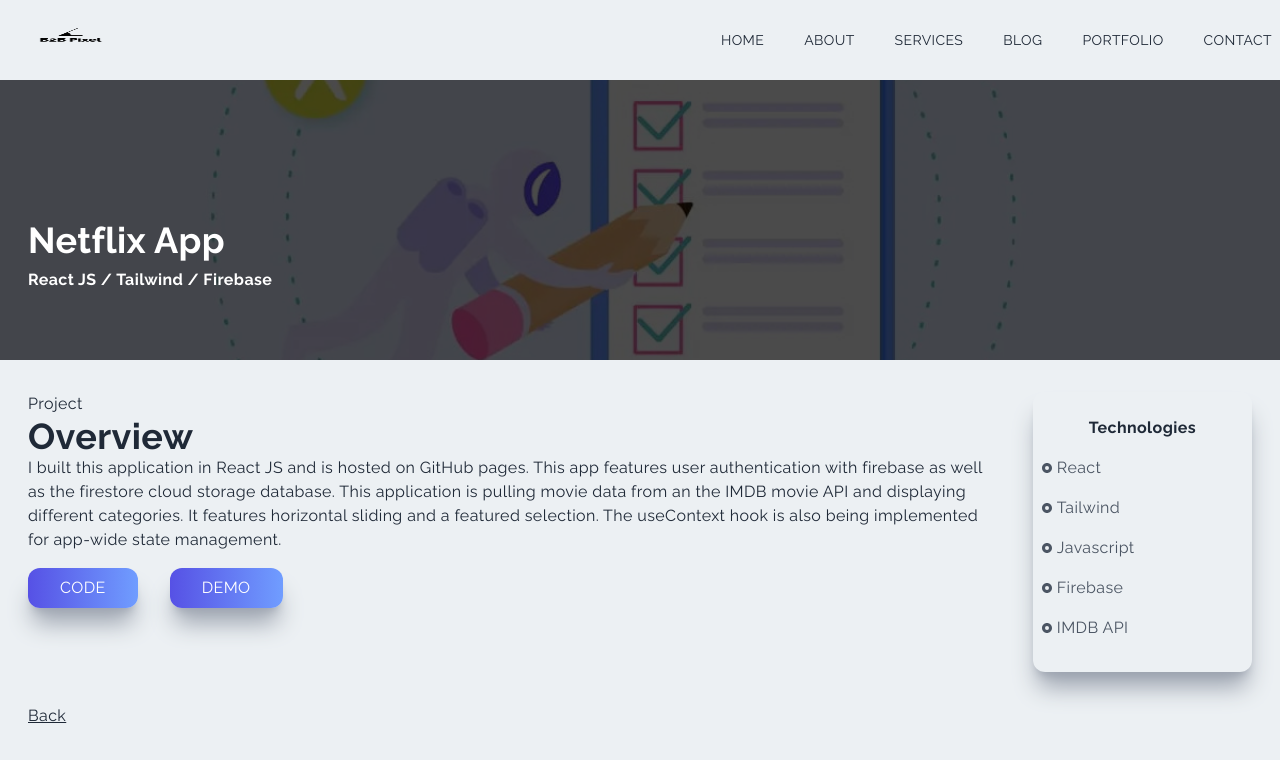
Repository: DID0101/nextjs.b2b
Page: /netflix
The author's editor kept a copy of each file at every save. The page is drawn from the files as they stood at one save, then again after the next save.
The browser window is 1280 px wide. The pictures show the whole page.
The project was rebuilt for these pictures with package versions that can differ from the ones it lists, and the page was loaded fresh each time. The framework's server and built-in components were replaced by stand-ins that run in the browser. Also part of the build but not shown: next.config.js.

Above is the page before, as saved 2024-01-22 03:09:37.

### pages/netflix.jsx
import Image from 'next/image';
import React from 'react';
import netflixImg from '../public/assets/projects/netflix.jpg';
import { RiRadioButtonFill } from 'react-icons/ri';
import Link from 'next/link';

const netflix = () => {
  return (
    <div className='w-full'>
      <div className='w-screen h-[50vh] relative'>
        <div className='absolute top-0 left-0 w-full h-[50vh] bg-black/70 z-10' />
        <Image
          className='absolute z-1'
          layout='fill'
          objectFit='cover'
          src={netflixImg}
          alt='/'
        />
        <div className='absolute top-[70%] max-w-[1240px] w-full left-[50%] right-[50%] translate-x-[-50%] translate-y-[-50%] text-white z-10 p-2'>
          <h2 className='py-2'>Netflix App</h2>
          <h3>React JS / Tailwind / Firebase</h3>
        </div>
      </div>

      <div className='max-w-[1240px] mx-auto p-2 grid md:grid-cols-5 gap-8 py-8'>
        <div className='col-span-4'>
          <p>Project</p>
          <h2>Overview</h2>
          <p>
            I built this application in React JS and is hosted on GitHub pages.
            This app features user authentication with firebase as well as the
            firestore cloud storage database. This application is pulling movie
            data from an the IMDB movie API and displaying different categories.
            It features horizontal sliding and a featured selection. The
            useContext hook is also being implemented for app-wide state
            management.
          </p>
          <a
            href='https://github.com/fireclint/netflix-react-tailwind'
            target='_blank'
            rel='noreferrer'
          >
            <button className='px-8 py-2 mt-4 mr-8'>Code</button>
          </a>
          <a
            href='https://fireclint.github.io/netflix-react-tailwind/'
            target='_blank'
            rel='noreferrer'
          >
            <button className='px-8 py-2 mt-4'>Demo</button>
          </a>
        </div>
        <div className='col-span-4 md:col-span-1 shadow-xl shadow-gray-400 rounded-xl py-4'>
          <div className='p-2'>
            <p className='text-center font-bold pb-2'>Technologies</p>
            <div className='grid grid-cols-3 md:grid-cols-1'>
              <p className='text-gray-600 py-2 flex items-center'>
                <RiRadioButtonFill className='pr-1' /> React
              </p>
              <p className='text-gray-600 py-2 flex items-center'>
                <RiRadioButtonFill className='pr-1' /> Tailwind
              </p>
              <p className='text-gray-600 py-2 flex items-center'>
                <RiRadioButtonFill className='pr-1' /> Javascript
              </p>
              <p className='text-gray-600 py-2 flex items-center'>
                <RiRadioButtonFill className='pr-1' /> Firebase
              </p>
              <p className='text-gray-600 py-2 flex items-center'>
                <RiRadioButtonFill className='pr-1' /> IMDB API
              </p>
            </div>
          </div>
        </div>
        <Link href='/#projects'>
          <p className='underline cursor-pointer'>Back</p>
        </Link>
      </div>
    </div>
  );
};

export default netflix;

### components/Navbar.jsx
import Image from 'next/image';
import Link from 'next/link';
import React, { useState, useEffect } from 'react';
import { AiOutlineClose, AiOutlineMail, AiOutlineMenu } from 'react-icons/ai';
import { FaGithub, FaLinkedinIn } from 'react-icons/fa';
import { BsFillPersonLinesFill } from 'react-icons/bs';
// import { useRouter } from 'next/router';
import NavLogo from '../public/assets/navLogo.png'

const Navbar = () => {
  const [nav, setNav] = useState(false);
  const [shadow, setShadow] = useState(false);
  const [navBg, setNavBg] = useState('#ecf0f3');
  const [linkColor, setLinkColor] = useState('#1f2937');
  // const [position, setPosition] = useState('fixed')
  // const router = useRouter();

  // useEffect(() => {
  //   if (
  //     router.asPath === '/property' ||
  //     router.asPath === '/crypto' ||
  //     router.asPath === '/netflix' ||
  //     router.asPath === '/twitch'
  //   ) {
  //     setNavBg('transparent');
  //     setLinkColor('#ecf0f3');
  //   } else {
  //     setNavBg('#ecf0f3');
  //     setLinkColor('#1f2937');
  //   }
  // }, [router]);

  const handleNav = () => {
    setNav(!nav);
  };

  useEffect(() => {
    const handleShadow = () => {
      if (window.scrollY >= 90) {
        setShadow(true);
      } else {
        setShadow(false);
      }
    };
    window.addEventListener('scroll', handleShadow);
  }, []);

  return (
    <div
      style={{ backgroundColor: `${navBg}` }}
      className={
        shadow
          ? 'fixed w-full h-20 shadow-xl z-[100] ease-in-out duration-300'
          : 'fixed w-full h-20 z-[100]'
      }
    >
      <div className='flex justify-between items-center w-full h-full px-2 2xl:px-16'>
        <Link href='/'>
          <a>
            <Image
              src={NavLogo}
              alt='/'
              width='125'
              height='50'
              className='cursor-pointer'
            />
          </a>
        </Link>
        <div>
          <ul style={{ color: `${linkColor}` }} className='hidden md:flex'>
            <li className='ml-10 text-sm uppercase hover:border-b'>
              <Link href='/'>Home</Link>
            </li>
            <li className='ml-10 text-sm uppercase hover:border-b'>
              <Link href='/#about'>About</Link>
            </li>
            <li className='ml-10 text-sm uppercase hover:border-b'>
              <Link href='/#skills'>Services</Link>
            </li>
            <li className='ml-10 text-sm uppercase hover:border-b'>
              <Link href='/#projects'>Blog</Link>
            </li>
            <li className='ml-10 text-sm uppercase hover:border-b'>
              <Link href='/resume'>Portfolio</Link>
            </li>
            <li className='ml-10 text-sm uppercase hover:border-b'>
              <Link href='/#contact'>Contact</Link>
            </li>
          </ul>
          {/* Hamburger Icon */}
          <div
            style={{ color: `${linkColor}` }}
            onClick={handleNav}
            className='md:hidden'
          >
            <AiOutlineMenu size={25} />
          </div>
        </div>
      </div>

      {/* Mobile Menu */}
      {/* Overlay */}
      <div
        className={
          nav ? 'md:hidden fixed left-0 top-0 w-full h-screen bg-black/70' : ''
        }
      >
        {/* Side Drawer Menu */}
        <div
          className={
            nav
              ? ' fixed left-0 top-0 w-[75%] sm:w-[60%] md:w-[45%] h-screen bg-[#ecf0f3] p-10 ease-in duration-500'
              : 'fixed left-[-100%] top-0 p-10 ease-in duration-500'
          }
        >
          <div>
            <div className='flex w-full items-center justify-between'>
              <Link href='/'>
                <a>
                  <Image
                    src={NavLogo}
                    width='87'
                    height='35'
                    alt='/'
                  />
                </a>
              </Link>
              <div
                onClick={handleNav}
                className='rounded-full shadow-lg shadow-gray-400 p-3 cursor-pointer'
              >
                <AiOutlineClose />
              </div>
            </div>
            <div className='border-b border-gray-300 my-4'>
              <p className='w-[85%] md:w-[90%] py-4'>
                Let&#39;s build something legendary together
              </p>
            </div>
          </div>
          <div className='py-4 flex flex-col'>
            <ul className='uppercase'>
              <Link href='/'>
                <li onClick={() => setNav(false)} className='py-4 text-sm'>
                  Home
                </li>
              </Link>
              <Link href='/#about'>
                <li onClick={() => setNav(false)} className='py-4 text-sm'>
                  About
                </li>
              </Link>
              <Link href='/#skills'>
                <li onClick={() => setNav(false)} className='py-4 text-sm'>
                  Skills
                </li>
              </Link>
              <Link href='/#projects'>
                <li onClick={() => setNav(false)} className='py-4 text-sm'>
                  Projects
                </li>
              </Link>
              <Link href='/resume'>
                <li onClick={() => setNav(false)} className='py-4 text-sm'>
                  Resume
                </li>
              </Link>
              <Link href='/#contact'>
                <li onClick={() => setNav(false)} className='py-4 text-sm text-[#ac4d5a]'>
                  Save My Spot
                </li>
              </Link>
            </ul>
            <div className='pt-40'>
              <p className='uppercase tracking-widest text-[#5651e5]'>
                Let&#39;s Connect
              </p>
              <div className='flex items-center justify-between my-4 w-full sm:w-[80%]'>
                <a
                  href='https://www.linkedin.com/in/clint-briley-50056920a/'
                  target='_blank'
                  rel='noreferrer'
                >
                  <div className='rounded-full shadow-lg shadow-gray-400 p-3 cursor-pointer hover:scale-105 ease-in duration-300'>
                    <FaLinkedinIn />
                  </div>
                </a>
                <a
                  href='https://github.com/fireclint'
                  target='_blank'
                  rel='noreferrer'
                >
                  <div className='rounded-full shadow-lg shadow-gray-400 p-3 cursor-pointer hover:scale-105 ease-in duration-300'>
                    <FaGithub />
                  </div>
                </a>
                <Link href='/#contact'>
                  <div
                    onClick={() => setNav(!nav)}
                    className='rounded-full shadow-lg shadow-gray-400 p-3 cursor-pointer hover:scale-105 ease-in duration-300'
                  >
                    <AiOutlineMail />
                  </div>
                </Link>
                <Link href='/resume'>
                  <div
                    onClick={() => setNav(!nav)}
                    className='rounded-full shadow-lg shadow-gray-400 p-3 cursor-pointer hover:scale-105 ease-in duration-300'
                  >
                    <BsFillPersonLinesFill />
                  </div>
                </Link>
              </div>
            </div>
          </div>
        </div>
      </div>
    </div>
  );
};

export default Navbar;

Loaded but not shown: pages/_app.js (common file); pages/_document.js (common file); styles/globals.css (common file); tailwind.config.js (common file)

After the next save:
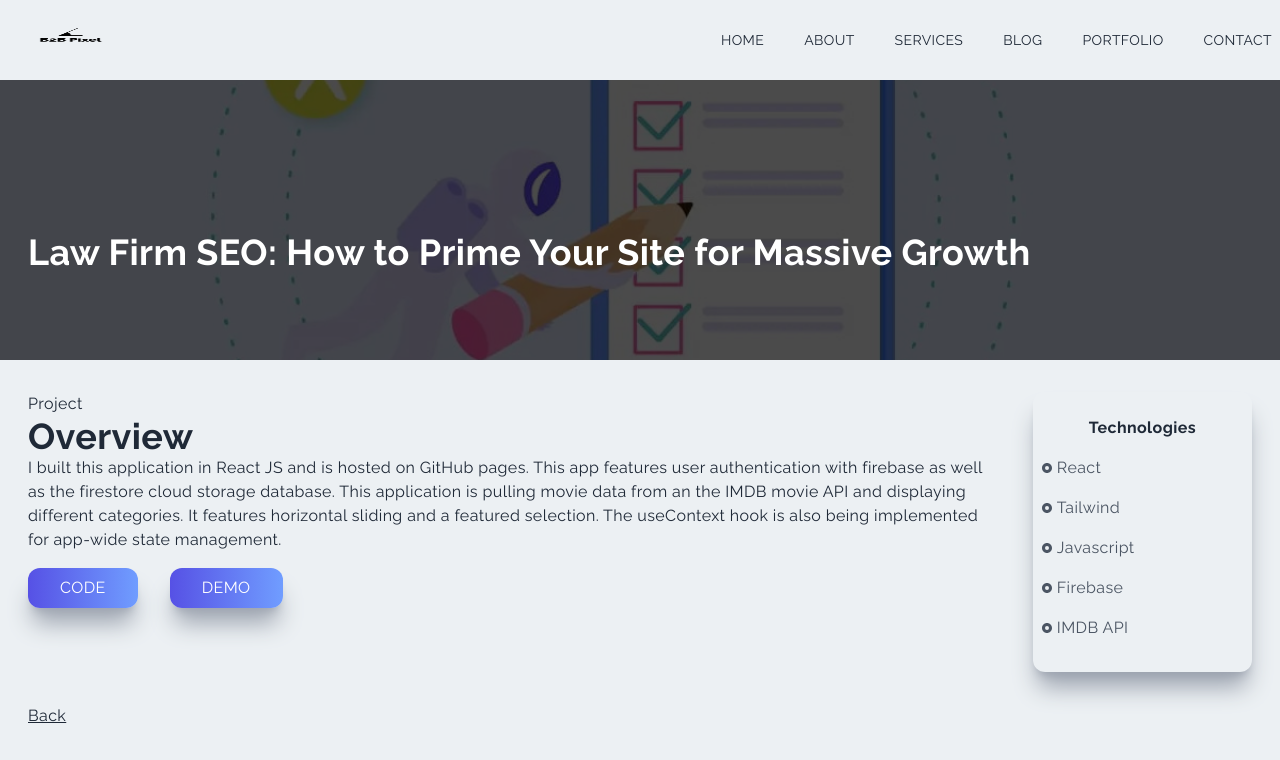
Saved 81 s later.
--- a/pages/netflix.jsx
+++ b/pages/netflix.jsx
@@ -17,8 +17,8 @@
           alt='/'
         />
         <div className='absolute top-[70%] max-w-[1240px] w-full left-[50%] right-[50%] translate-x-[-50%] translate-y-[-50%] text-white z-10 p-2'>
-          <h2 className='py-2'>Netflix App</h2>
-          <h3>React JS / Tailwind / Firebase</h3>
+          <h2 className='py-2'>Law Firm SEO: How to Prime Your Site for Massive Growth</h2>
+          {/* <h3>React JS / Tailwind / Firebase</h3> */}
         </div>
       </div>
 
